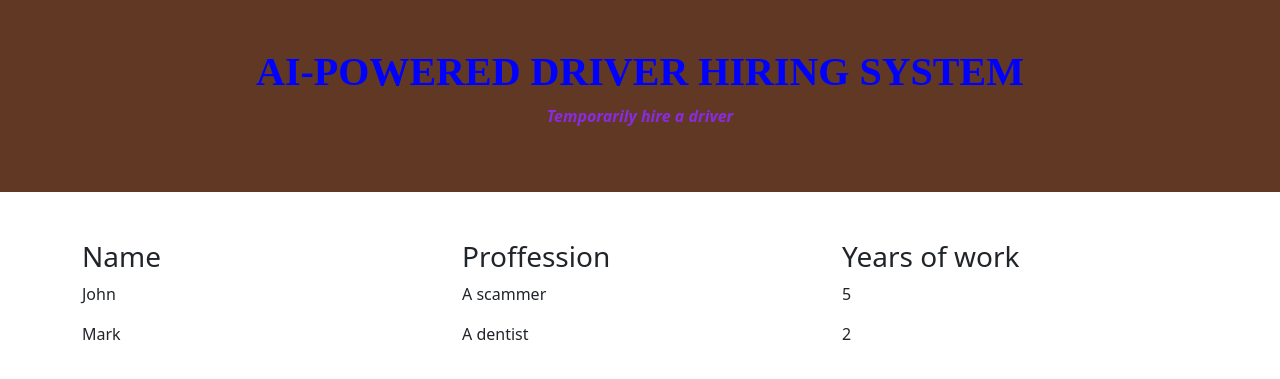
Repository: Wuda2000/AI-powered-Driver-hiring-system
Page: ONE.html
These files come from the project's save history. The page is drawn as it stood at one moment and after a run of saves; the edit follows.
The browser window is 1280 px wide. The pictures show the whole page.

Above is the page before, as saved 2024-12-23 22:35:47.

### ONE.html
<!DOCTYPE html>
<html lang="en">
<head>
  <title>Bootstrap 5 Example</title>
  <meta charset="utf-8">
  <meta name="viewport" content="width=device-width, initial-scale=1">
  <link href="https://cdn.jsdelivr.net/npm/bootstrap@5.3.3/dist/css/bootstrap.min.css" rel="stylesheet">
  <script src="https://cdn.jsdelivr.net/npm/bootstrap@5.3.3/dist/js/bootstrap.bundle.min.js"></script>
</head>
<body>


    <div class="container-fluid p-5 text-white text-center" style="background-color:HSL(20 45% 26%);">
        <h1 style="color: blue; font-family:'Times New Roman', Times, serif; " ><b>AI-POWERED DRIVER HIRING SYSTEM</b></h1>
        <p style="color: blueviolet;font-style:italic;"><b>Temporarily hire a driver</b></p>
      </div>

      <div class="container mt-5">
        <div class="row">
          <div class="col-sm-4">
            <h3>Name</h3>
            <p>John</p>
            <p>Mark</p>
          </div>
          <div class="col-sm-4">
            <h3>Proffession</h3>
            <p>A scammer</p>
            <p>A dentist</p>
          </div>
          <div class="col-sm-4">
            <h3>Years of work</h3>
            <p>5</p>
            <p>2</p>
          </div>
        </div>
      </div>
</body>
</html>

After the next 2 saves:
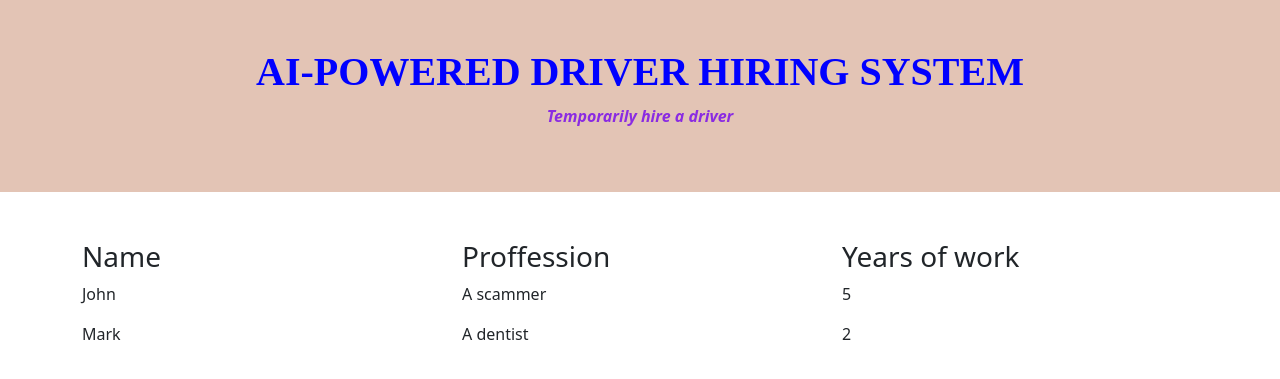
The 2 saves are shown as one change because they came seconds apart.
The last was saved 7 s later.
--- a/ONE.html
+++ b/ONE.html
@@ -10,7 +10,7 @@
 <body>
 
 
-    <div class="container-fluid p-5 text-white text-center" style="background-color:HSL(20 45% 26%);">
+    <div class="container-fluid p-5 text-white text-center" style="background-color:HSL(20 45% 80%);">
         <h1 style="color: blue; font-family:'Times New Roman', Times, serif; " ><b>AI-POWERED DRIVER HIRING SYSTEM</b></h1>
         <p style="color: blueviolet;font-style:italic;"><b>Temporarily hire a driver</b></p>
       </div>
